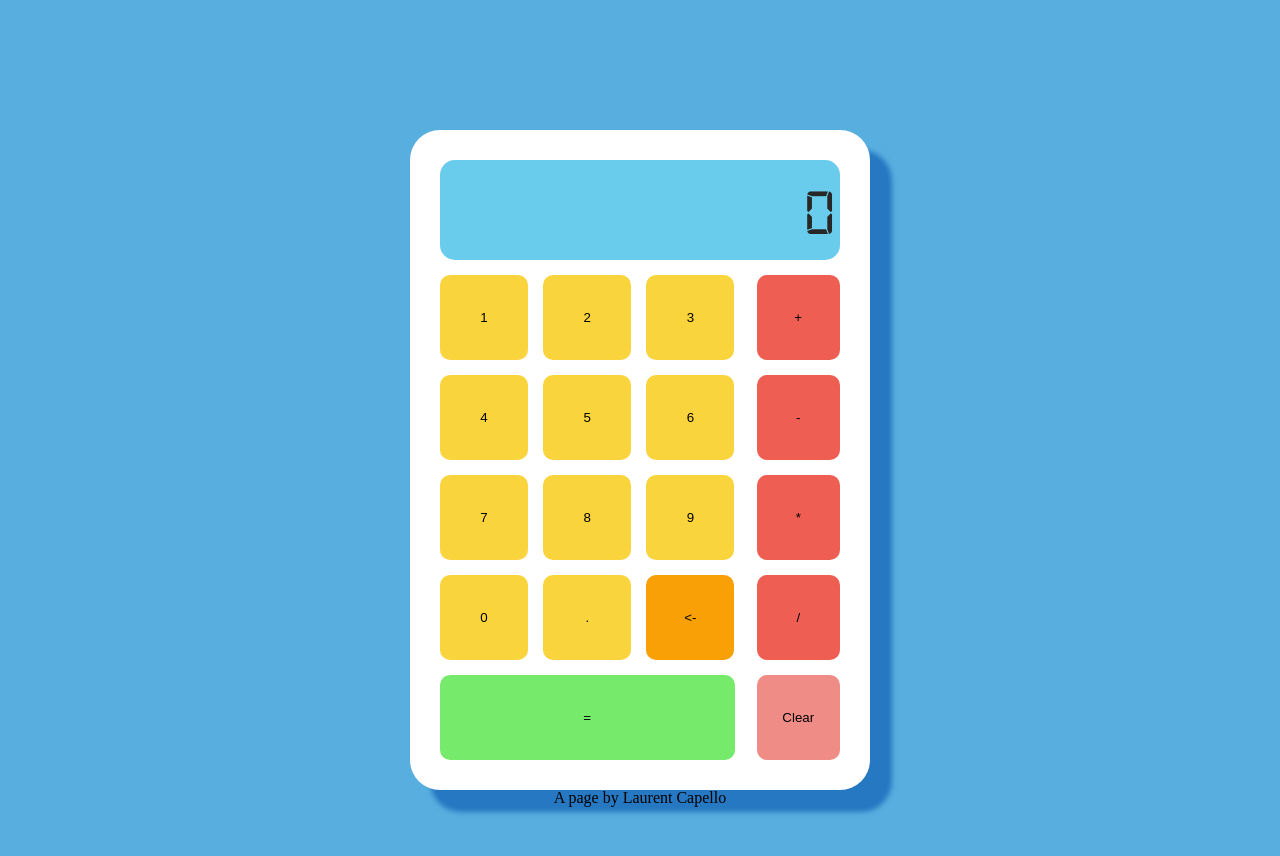
Repository: sokafootball/js-calculator
Page: index.html
An editor plug-in stored every save of this project. The page is shown before and after the next save, followed by the edit.
The browser window is 1280 px wide. The pictures show the whole page.

Above is the page before, as saved 2020-05-07 18:29:41.

After the next save:
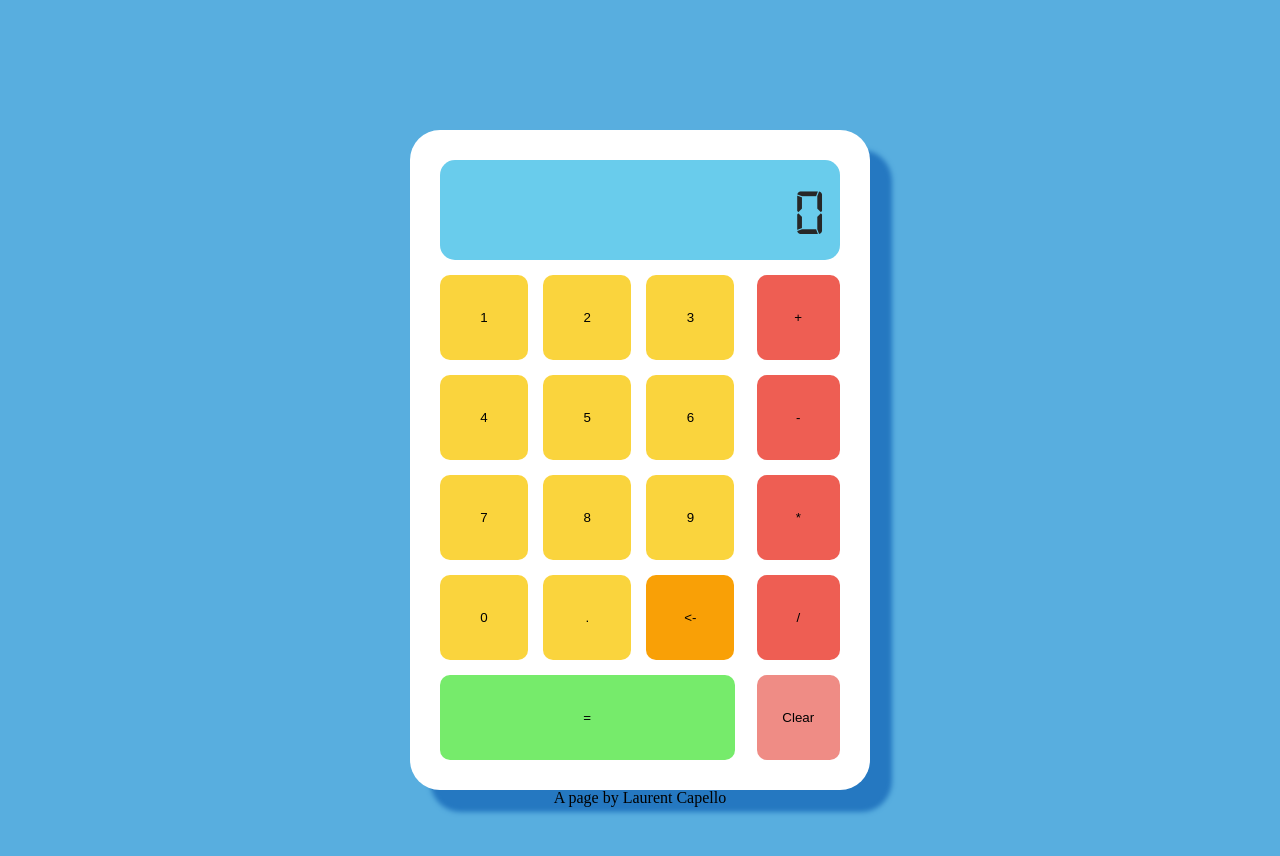
Saved 63 s later.
--- a/style.css
+++ b/style.css
@@ -69,7 +69,7 @@ body{
   font-size: 65px;
   grid-area: display;
   line-height: 90px;
-  padding-right: 5px;
+  padding-right: 15px;
   text-align: right;
   vertical-align: middle;
 }
